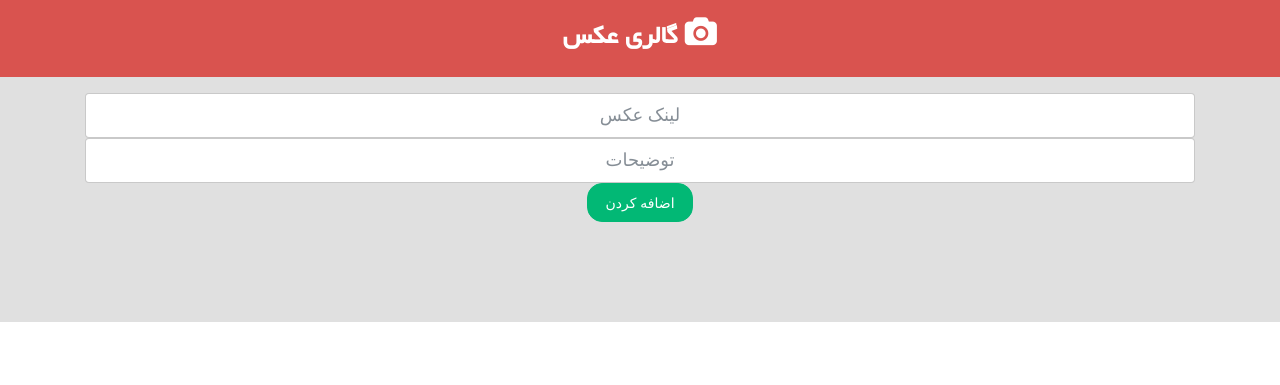
Repository: sadegh1379/PhotoWall-app
Page: /addphoto
The author's editor kept a copy of each file at every save. The page is drawn from the files as they stood at one save, then again after the next save.
The browser window is 1280 px wide. The pictures show the whole page.
The project was rebuilt for these pictures with package versions that can differ from the ones it lists, and the page was loaded fresh each time. Also part of the build but not shown: src/Component/Photo.js, src/Component/PhotoWall.js.

Above is the page before, as saved 2020-02-22 13:23:55.

After the next save:
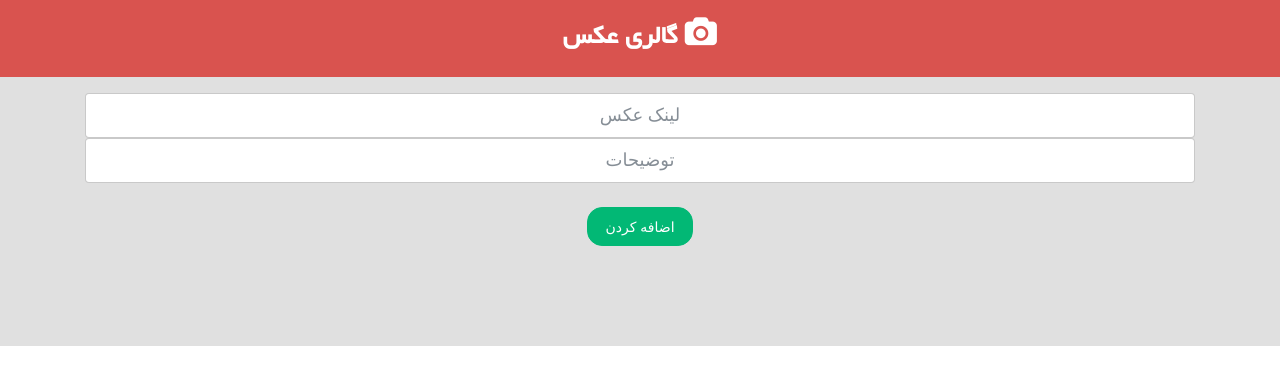
Saved 9 s later.
--- a/src/Component/AddPhoto.js
+++ b/src/Component/AddPhoto.js
@@ -7,7 +7,7 @@ export class AddPhoto extends Component {
                 <form className="container add-form">
                     <input type="text" placeholder="لینک عکس" className="form-control text-center"/>
                     <input type="text" placeholder="توضیحات" className="form-control text-center" />
-                      <div className="d-flex justify-content-center">
+                      <div className="d-flex justify-content-center mt-4">
                             <button type="submit" className="btn btn-success ">اضافه کردن</button>
                       </div>
 
